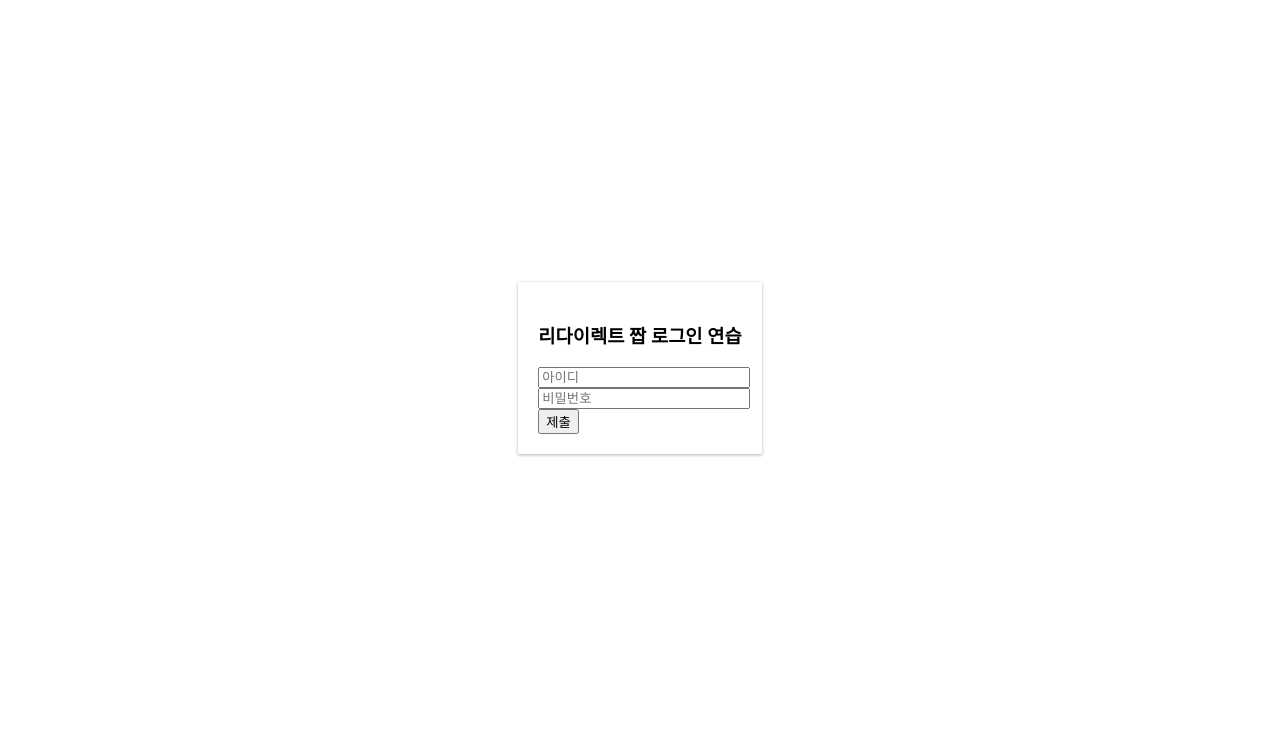
Repository: Muji1412/JSPstudy
Page: http://localhost/JSPbasic/response/Quiz01.jsp
An editor plug-in stored every save of this project. The page is shown before and after the next save, followed by the edit.
The browser window is 1280 px wide. The pictures show the whole page.
The page is served by Tomcat 9.

Above is the page before, as saved 2025-02-20 05:44:19.

After the next save:
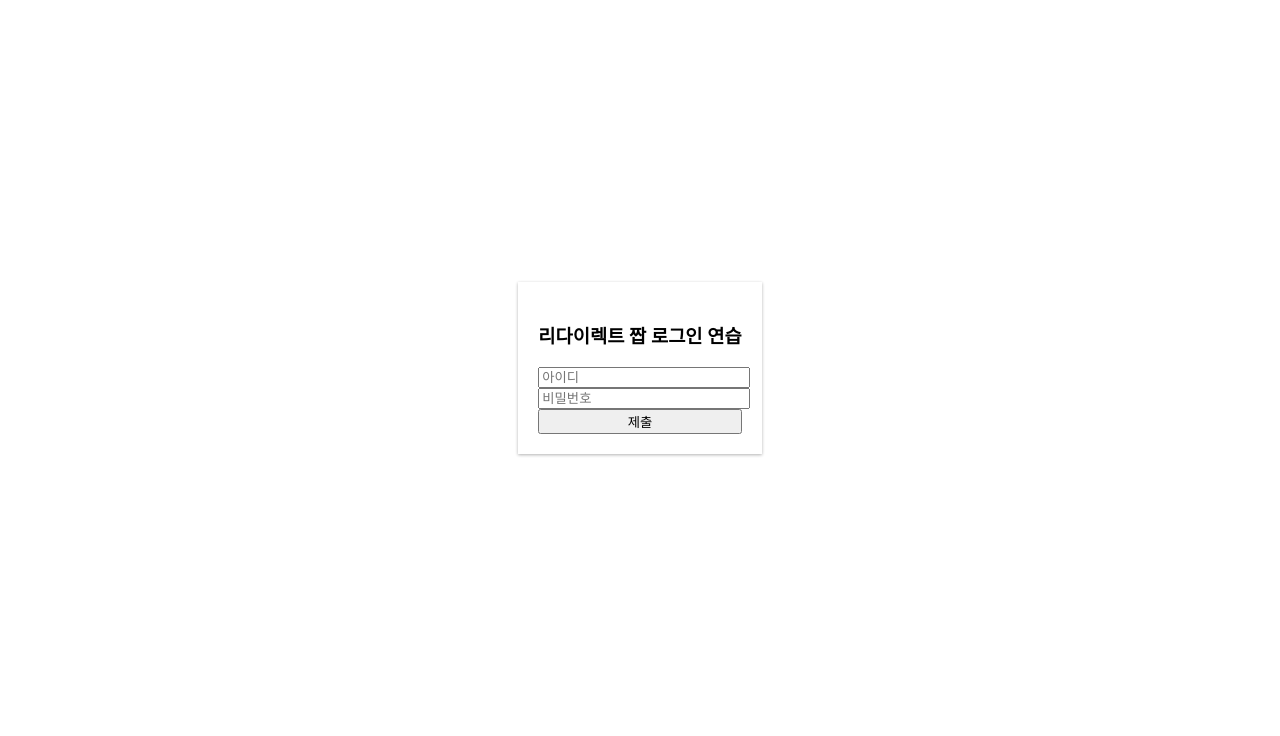
Saved 24 s later.
--- a/workspace/JSPbasic/src/main/webapp/response/Quiz01.jsp
+++ b/workspace/JSPbasic/src/main/webapp/response/Quiz01.jsp
@@ -38,7 +38,7 @@
 			<h3>리다이렉트 짭 로그인 연습</h3>
 			<input type = "text" name= "id" placeholder="아이디" class="form-control"><br>
 			<input type = "text" name= "pw" placeholder = "비밀번호" class="form-control"><br>
-			<input type = "submit" value= "제출">
+			<input type = "submit" value= "제출" class = "form-control">
 		</form>
 	</div>
 
